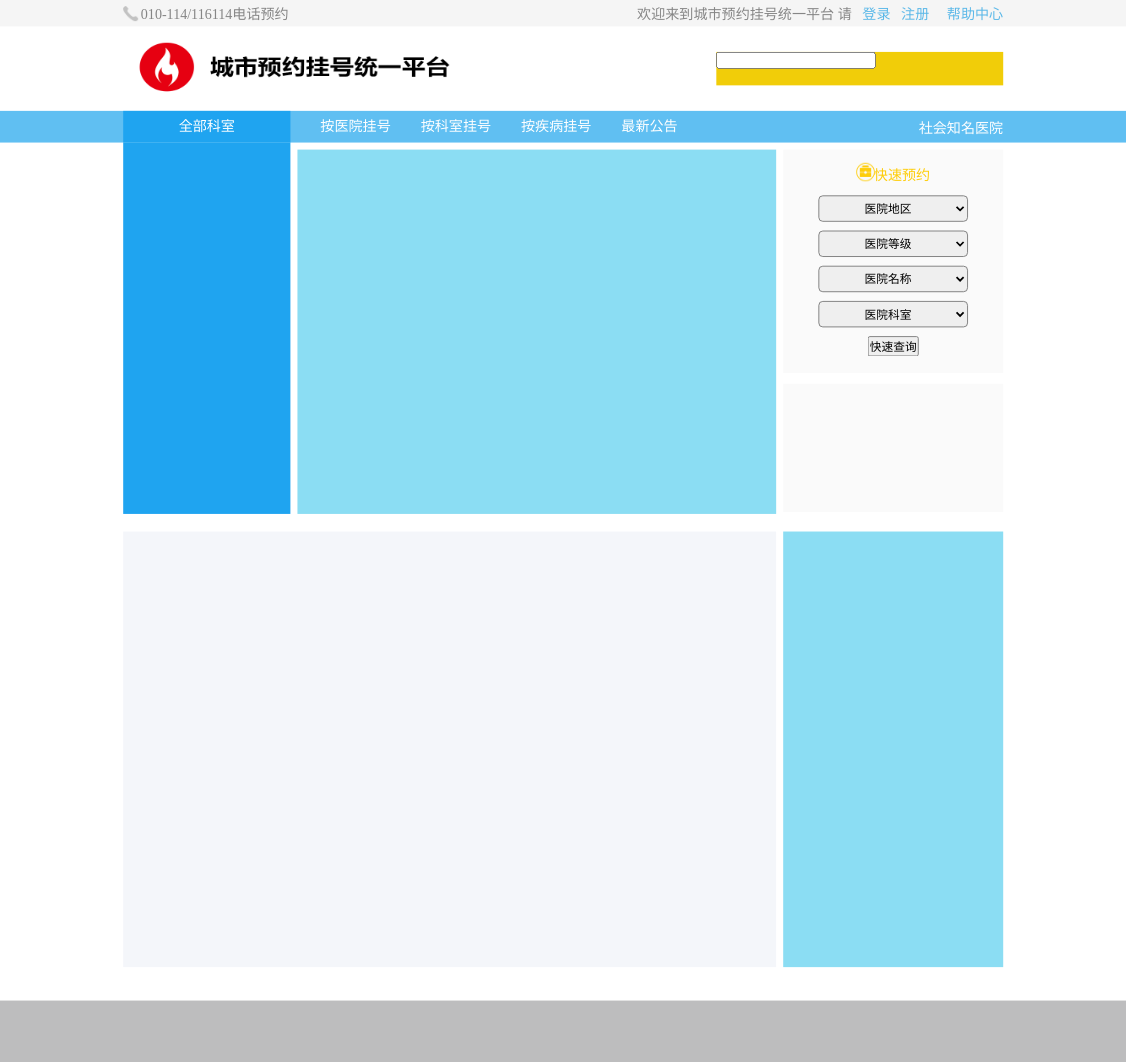
Repository: zhenzhen-gong/HospitalDemo
Page: index.html
An editor plug-in stored every save of this project. The page is shown before and after the next save, followed by the edit.
The browser window is 1280 px wide. The pictures show the whole page, at 88% of full size.

Above is the page before, as saved 2020-07-08 18:22:45.

### index.html
<!DOCTYPE html>
<html lang="en">

<head>
    <meta charset="UTF-8">
    <meta name="viewport" content="width=device-width, initial-scale=1.0">
    <title>城市医院预约平台</title>
    <link rel="stylesheet" href="css/style.css">
    <script src="js/script.js"></script>
</head>

<body>
    <div class="top">
        <div class="top-wrap">
            <div class="call">&nbsp;&nbsp;&nbsp;&nbsp;&nbsp;010-114/116114电话预约</div>
            <div class="welcom">
                欢迎来到城市预约挂号统一平台&nbsp;请&nbsp;&nbsp;
                <a href="#">登录</a>&nbsp;&nbsp;
                <a href="#">注册</a>&nbsp;&nbsp;&nbsp;&nbsp;
                <a href="#">帮助中心</a>
            </div>
        </div>
    </div>
    <div class="header">
        <div class="header-wrap">
            <div class="logo"><img src="./img/logo.png" alt="logo"></div>
            <div class="search">
                <span class="=tag"></span>
                <input type="text">
                <span ></span>
            </div>
        </div>
    </div>
    <div class="nav">
        <div class="nav-menu">
            <ul>
                <li>全部科室
                    <div class="menu-list"></div>
                </li>
                <li>按医院挂号</li>
                <li>按科室挂号</li>
                <li>按疾病挂号</li>
                <li>最新公告</li>
            </ul>
            <div>社会知名医院</div>
        </div>
    </div>
    <div class="banner">
        <div class="banner-slider"></div>
        <div class="banner-right">
            <div class="banner-search">
                <div>&nbsp;&nbsp;&nbsp;&nbsp;&nbsp;快速预约</div>
                <select name="area" ><option value="area">医院地区</option> </select>
                <select name="level" ><option value="level">医院等级</option> </select>
                <select name="name" ><option value="name">医院名称</option> </select>
                <select name="department" ><option value="department">医院科室</option> </select>
                <div><button>快速查询</button></div>
            </div>
            <div class="banner-help"></div>
        </div>
    </div>
    <div class="content">
        <div class="tad">
            <div class="tab-hosital"></div>
            <div class="tab-department"></div>
        </div>
        <div class="content-right">
            <div class="news"></div>
            <div class="close"></div>
        </div>
    </div>
    <div class="footer"></div>
</body>

</html>

### css/style.css
*{
    margin: 0;
    padding: 0;
}
a{
    text-decoration: none;
}
/* top部分样式 */
.top{
    height: 30px;
    width: 100%;
    background: #f5f5f5;
}
.top .top-wrap{
    width: 1000px;
    height: 100%;
    margin: 0 auto;
    display: flex;
    justify-content: space-between;
    align-items: center;
    color: #868686;
}
.top .top-wrap .call{
    background: url("../img/icon-call.png") no-repeat center left;
}
.top .top-wrap .welcom a{
    color: #5bb8e8;
}
/* header部分 */
.header{
    width: 100%;
    height: 96px;
}
.header .header-wrap{
    width: 1000px;
    height: 100%;
    margin: 0 auto;
    display: flex;
    justify-content: space-between;
    align-items: center;
}
.header .header-wrap .logo img{
    height: 74px;
    width: 403px;
}
.header .header-wrap .search{
    height: 38px;
    width: 326px;
    background: #f1cd09;
}


/* nva导航部分 */
.nav{
    width: 100%;
    height: 36px;
    background: #60bff2;
}
.nav .nav-menu{
    width: 1000px;
    height: 100%;
    margin: 0 auto;
    display: flex;
    justify-content: space-between;
    align-items: center;
}
.nav .nav-menu ul li{
    height: 36px;
    line-height: 36px;
    text-align: center;
    list-style: none;
    display: inline-block;
    color: #ffffff;
    padding-left: 30px;
}
.nav .nav-menu ul li:first-child{
    width: 190px;
    text-align: center;
    background: #1fa4f0;
    padding-left: 0;
}
.nav .nav-menu div:last-child{
    color: #ffffff;
}
.nav .nav-menu ul li .menu-list{
    width: 190px;
    height: 422px;
    background: #1fa4f0;
}

/* banner部分 */
.banner{
    height: 432px;
    width: 1000px;
    margin: 0 auto;
    padding-left: 190px;
    box-sizing: border-box;
}
.banner-slider{
    height: 414px;
    width: 544px;
    background: #8bddf3;
    margin: 8px 8px 0 8px ;
    float: left;
}
.banner-right{
    float: right;
    width: 250px;
    height: 414px;
    margin-top: 8px;
}
.banner-right .banner-search{
    display: flex;
    flex-direction: column;
    align-items: center;
    height: 254px;
    background: #fafafa;
    margin-bottom: 12px;
}
.banner-right .banner-search div:first-child{
    background: url(../img/icon-help.png) no-repeat 0 0;
    margin: 15px 0 13px 0;
    color: #fecd09;
}
.banner-right .banner-search select{
    width: 170px;
    height: 30px;
    margin-bottom: 10px;
    text-align: center;
    border-radius: 5px;
}

/* .banner-right .banner-search div:first-child .img{
    display: inline-block;
    width: 22px;
    height: 22px;

} */

.banner-right .banner-help{
    height: 146px;
    background: #fafafa;
}
/* content部分 */
.content{
    height: 495px;
    width: 1000px;
    margin: 10px auto 38px;
}
.content .tad{
    float: left;
    background: #f4f6fa;
    height: 495px;
    width: 742px;
}
.content .content-right{
    float: right;
    width: 250px;
    height: 495px;
    margin-left: 8px;
    background: #8bddf3;
}
/* footer部分 */
.footer{
    height: 70px;
    width: 100%;
    background: #bdbdbe;
}

Loaded but not shown: js/script.js (no stored copy; drawn as an empty file)

After the next save:
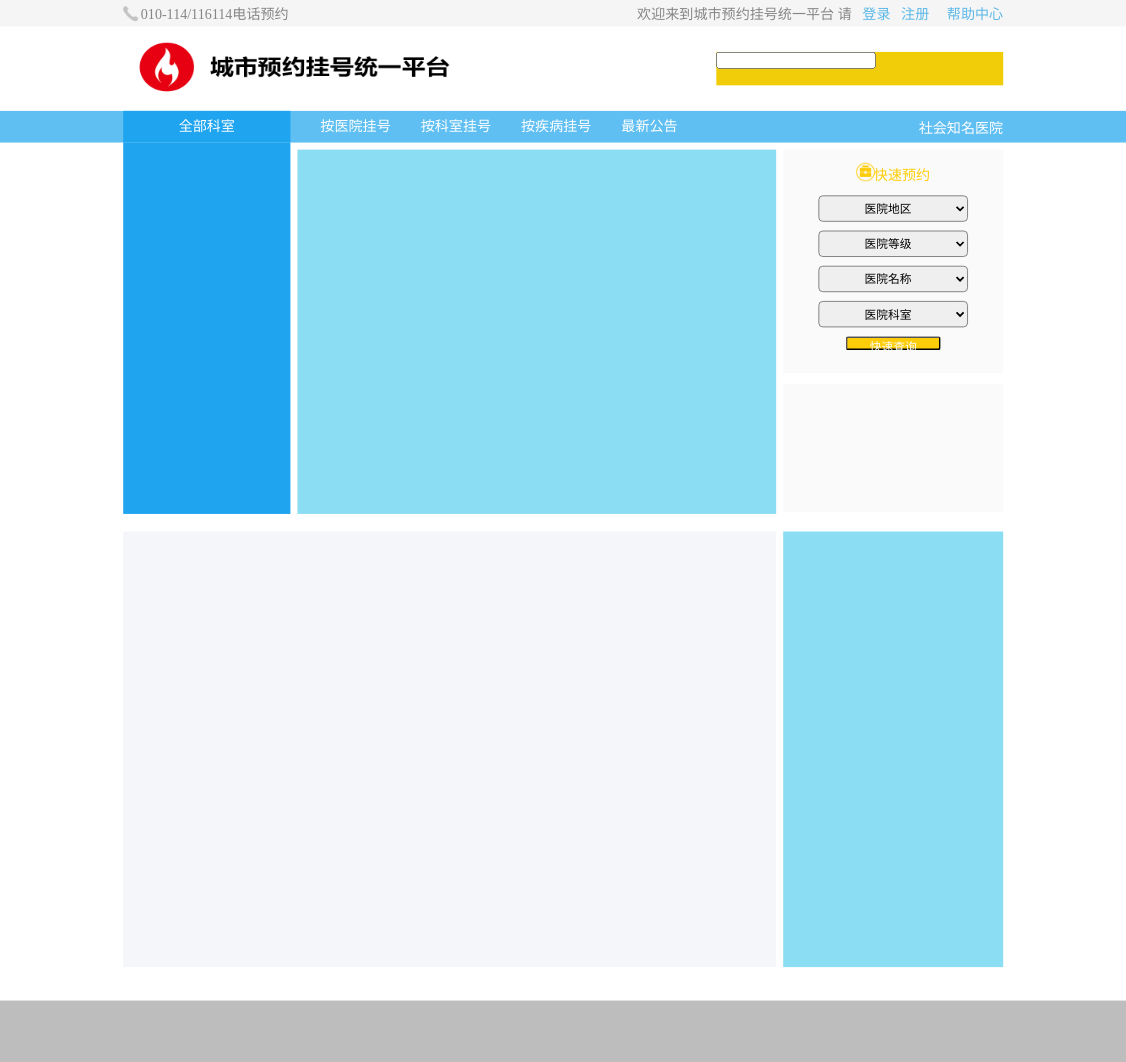
Saved 2 min 21 s later.
--- a/css/style.css
+++ b/css/style.css
@@ -129,6 +129,13 @@
     text-align: center;
     border-radius: 5px;
 }
+.banner-right .banner-search div:last-child button{
+    color: #fff;
+    width: 108px;
+    height: 16px;
+    background: #fecd09;
+    border-radius: 3px;
+}
 
 /* .banner-right .banner-search div:first-child .img{
     display: inline-block;
